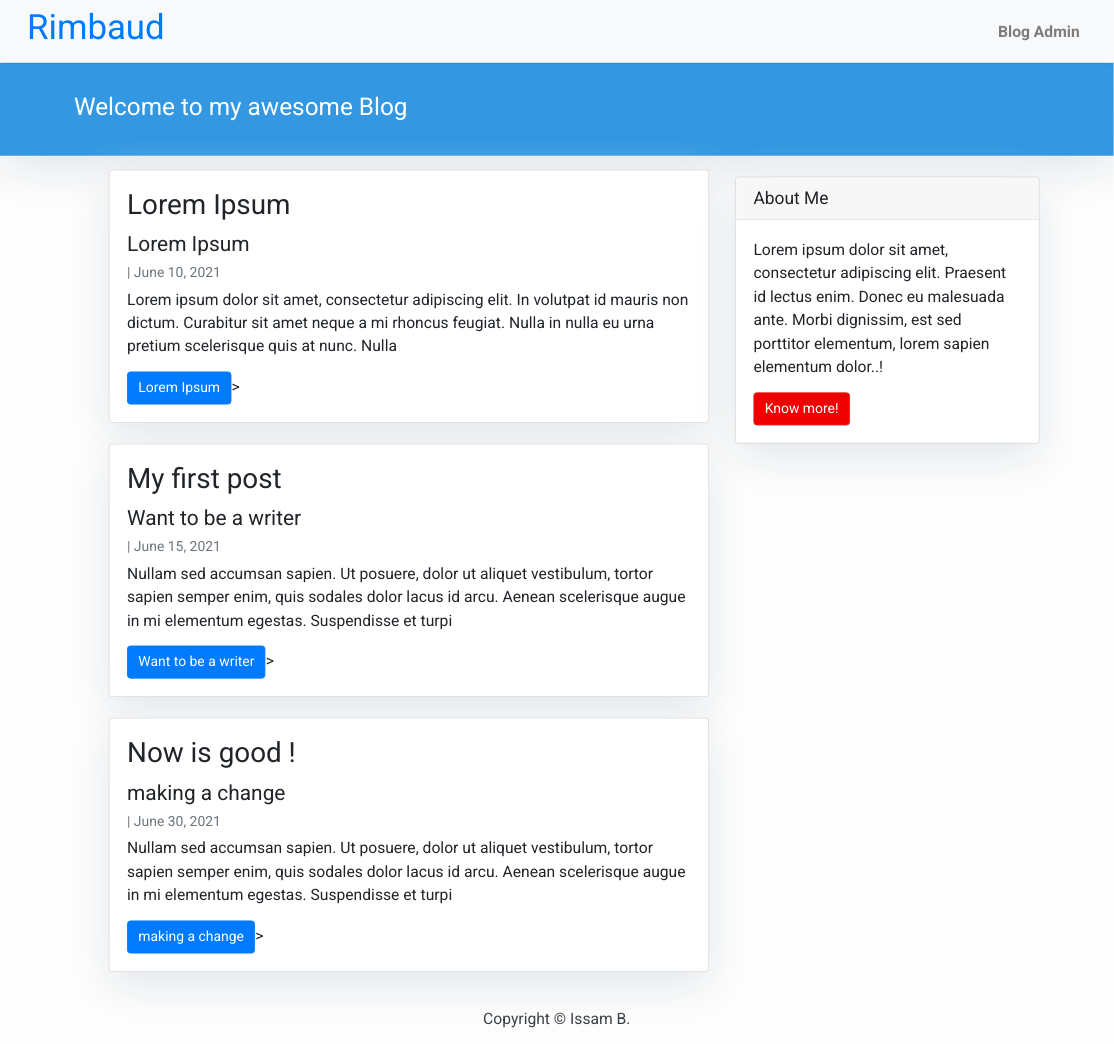
Repository: IssamBouzidi/rimbaud
Page: http://localhost/
An editor plug-in stored every save of this project. The page is shown before and after the next save, followed by the edit.
The browser window is 1280 px wide. The pictures show the whole page, at 87% of full size.
The page is served by the project's application, run on Django 3.2 (manage.py). The page reads the database file committed with the project.

Above is the page before, as saved 2021-06-04 01:03:54.

After the next save:
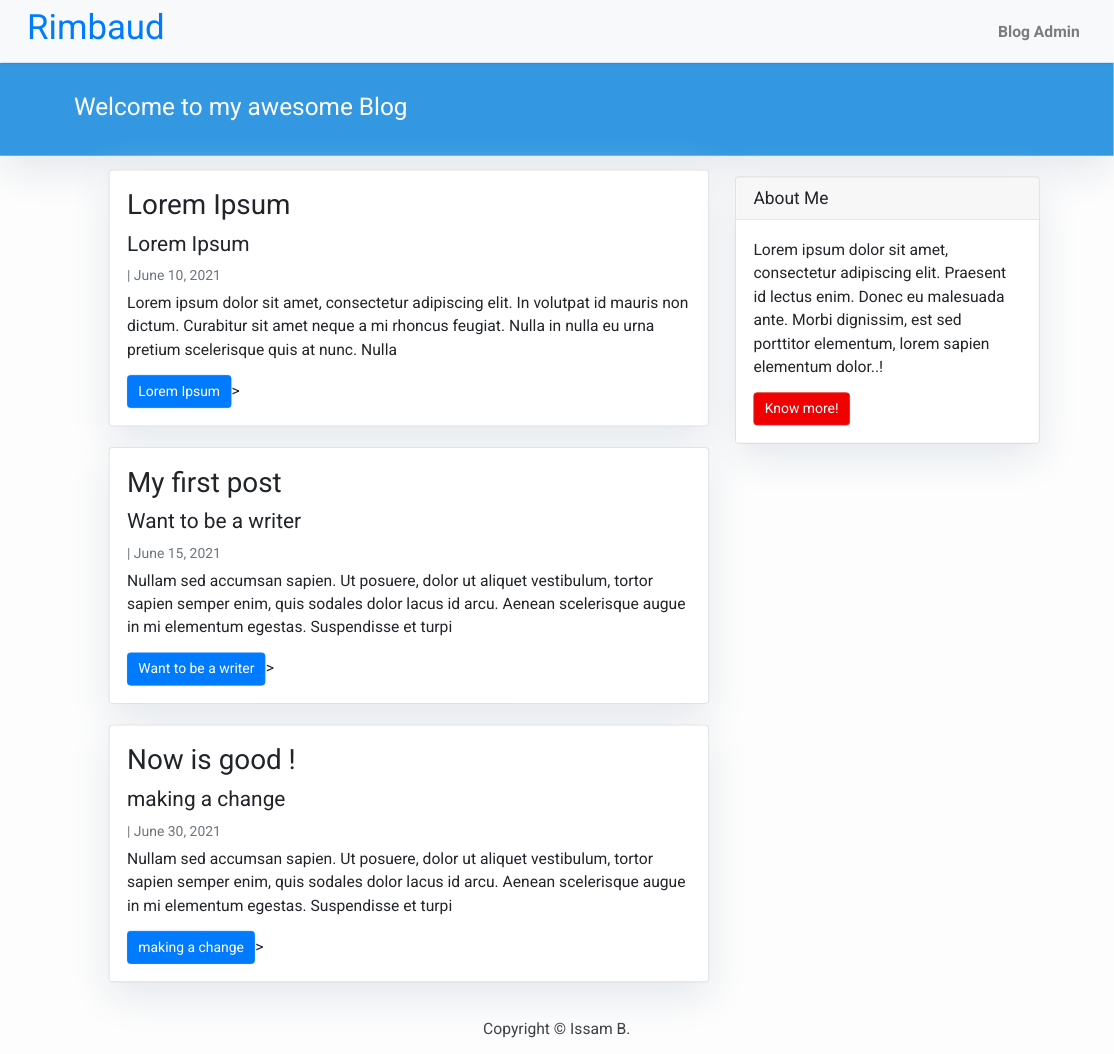
Saved 10 s later.
--- a/blog/templates/detail_article.html
+++ b/blog/templates/detail_article.html
@@ -3,7 +3,7 @@
     <div class="card mb-4">
         <div class="card-body">
             <h2 class="card-title">{{ article.title }}</h2>
-            <h4>{{ article.description }}</h4>
+            <h4 class="card-title">{{ article.description }}</h4>
             <p class="card-text text-muted h6">{{ article.author }} | {{ article.visibility_date_limit}} </p>
             <p class="card-text">{{article.article|slice:":200" }}</p>
             <a href="/article/{{ article.id }}" class="btn btn-primary">{{ article.description }}</a>>
